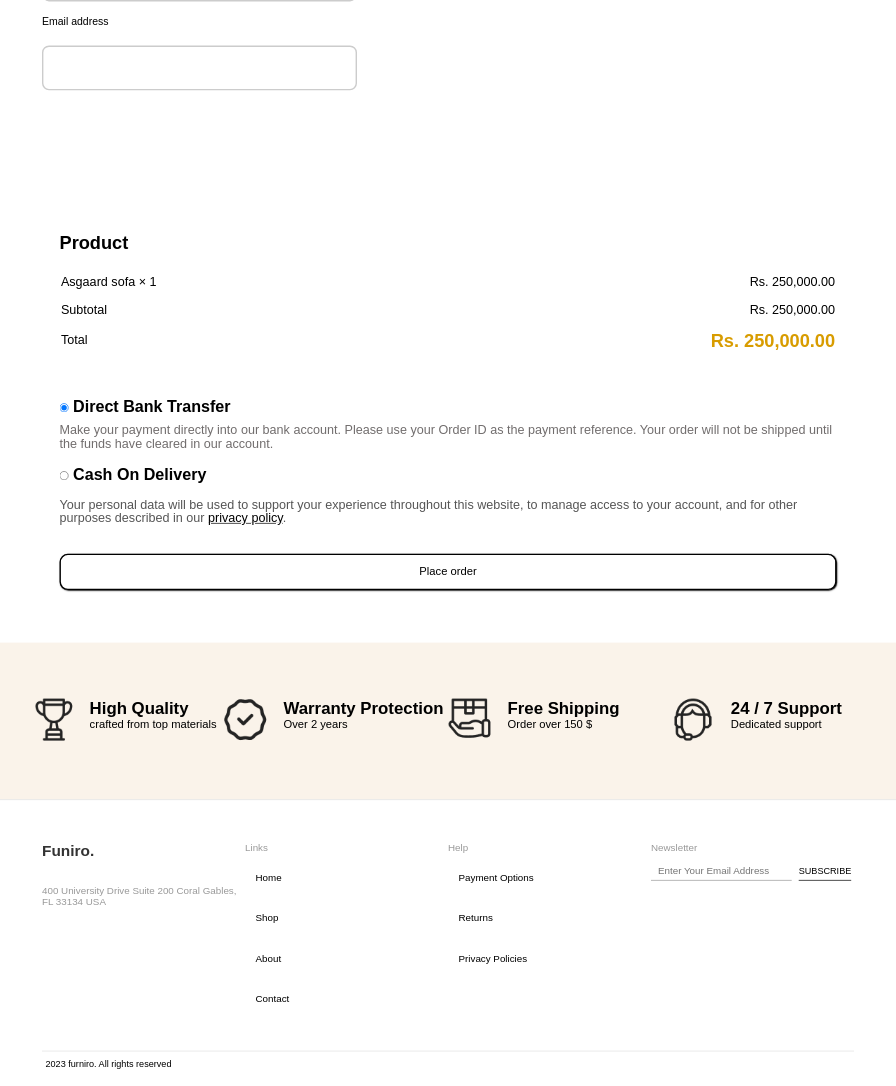
Repository: Ali1Kh/Furniro-ITI
Page: pages/checkout.html
An editor plug-in stored every save of this project. The page is shown before and after the next save, followed by the edit.
The browser window is 1280 px wide. The pictures show the part of the page from y = 1210 to 3130 px (the page is 2762 px tall before and 3130 px after), at 70% of full size.

Above is the page before, as saved 2025-07-19 20:41:50.

### pages/checkout.html
<!DOCTYPE html>
<html lang="en">

<head>
  <meta charset="UTF-8">
  <meta name="viewport" content="width=device-width, initial-scale=1.0">
  <title>CheckOut</title>
  <link rel="shortcut icon" href="../assets/icons/Logo.png" type="image/x-icon">
  <link rel="stylesheet" href="../styles/index.css">
  <link rel="stylesheet" href="../styles/checkout.css">
</head>

<body>

  <nav>
    <!-- Navigation -->
    <div class="navBar">
      <div class="text">
        <p>Furniro</p>
      </div>

      <div class="menu-icon" onclick="toggleSidebar()">☰</div>

      <div class="navBarLinks">
        <ul>
          <li><a href="/pages/home.html">Home</a></li>
          <li><a href="/pages/shop.html">Shop</a></li>
          <li><a href="/">About</a></li>
          <li><a href="/pages/contact.html">Contact</a></li>
        </ul>
      </div>

     <div class="navBarIcons">
        <a href="/pages/Compare.html"><i class="fa-solid fa-user"></i></a>
        <a href="/pages/shop.html"><i class="fa-solid fa-magnifying-glass"></i></a>
        <a href="/"><i class="fa-solid fa-heart"></i></a>
        <a href="/pages/checkout.html"><i class="fa-solid fa-cart-plus"></i></a>
      </div>
    </div>


    <!-- Sidebar for mobile -->
    <div class="sidebar" id="sidebar">
      <a href="" onclick="toggleSidebar()">✖</a>
      <a href="">Home</a>
      <a href="/pages/shop.html">Shop</a>
      <a href="/">About</a>
      <a href="/pages/contact.html">Contact</a>
    </div>
  </nav>

  <main class="checkout">
    <div id="home">
      <div class="img-conteaner">
        <img src="../assets/img/Rectangle 1.png" alt="">

        <div class="text-conteaner">
          <img src="../assets/icons/Logo.png" alt="" style="width: 100px;height: 77px;margin-top: -80px; left: 1px; ">
          <h2 style="font-size: 48px; font-family: Poppins; top: 20px;">Checkout</h2>
          <h3 style="top: 30px;left: -11px; "><span style="width: 48;height: 24;top: 295px;left: 660px; ">Home ></span>
            Checkout</h3>
        </div>
      </div>
    </div>

    <div id="content">
      <div class="form">
        <h1 style="font-family: Poppins;font-weight: 600;font-style: SemiBold;font-size: 36px;">Billing details</h1>
        <br><br>
        <form>
          <div class="input" style="width: 200px;">
            <label>First name</label><br>
            <input type="text" name="firatname" id="firatname">
          </div>

          <div class="input" style="width: 200px; position: relative;bottom: 127px;left: 266px;">
            <label>Last name</label><br>
            <input type="text" name="lastname" id="lastname">
          </div>

          <div class="input" style="position: relative; bottom: 90px; width: 450px;">
            <label>Company Name (Optional)</label><br>
            <input type="text" name="Companyname(Optional)" id="Companyname(Optional)">
          </div>

          <div class="input" style="position: relative; bottom: 90px; width: 450px;">
            <label>Country / Region</label><br>
            <select>
              <option></option>
              <option>UK</option>
              <option>Argantina</option>
              <option>Brasil</option>
              <option>Egypt</option>
              <option>USA</option>
            </select>
          </div>

          <div class="input" style="position: relative; bottom: 90px; width: 450px;">
            <label>Street address</label><br>
            <input type="text" name="Streetaddress" id="Streetaddress">
          </div>

          <div class="input" style="position: relative; bottom: 90px; width: 450px;">
            <label>Phone</label><br>
            <input type="number" name="Phone" id="Phone">
          </div>

          <div class="input" style="position: relative; bottom: 90px; width: 450px;">
            <label>Email address</label><br>
            <input type="email" name="Emailaddress" id="Emailaddress">
          </div><br><br>

        </form>
      </div>
      <div class="table">
        <div class="order-summary">
          <h2>Product</h2>
          <table>
            <tr>
              <td>Asgaard sofa × 1</td>
              <td style="text-align: right;">Rs. 250,000.00</td>
            </tr>
            <tr>
              <td>Subtotal</td>
              <td style="text-align: right;">Rs. 250,000.00</td>
            </tr>
            <tr>
              <td>Total</td>
              <td style="text-align: right;" class="total">Rs. 250,000.00</td>
            </tr>
          </table><br><br>

          <div class="payment-methods">
            <label><input type="radio" name="payment" checked> Direct Bank Transfer</label>
            <p>
              Make your payment directly into our bank account. Please use your Order ID as the payment reference. Your
              order will not be shipped until the funds have cleared in our account.
            </p>

            <label><input type="radio" name="payment"> Cash On Delivery</label>
          </div>

          <div class="privacy">
            Your personal data will be used to support your experience throughout this website, to manage access to your
            account, and for other purposes described in our <a href="#">privacy policy</a>.
          </div>

          <button class="btn">Place order</button>
        </div>
      </div>
    </div>

    <div id="quality">
      <div class="1"
        style="display: flex; gap: 1.5rem; padding-top: 80px; padding-bottom: 80px;width: 25%;padding-left: 50px;">
        <div class="l"><img src="../assets/icons/Group copy.png" alt=""></div>
        <div class="r">
          <h2>High Quality</h2>
          <p>crafted from top materials</p>
        </div>

      </div>
      <div class="2" style="display: flex; gap: 1.5rem; padding-top: 80px; padding-bottom: 80px;width: 25%;">
        <div class="l"><img src="../assets/icons/Group (2).png" alt=""></div>
        <div class="r">
          <h2>Warranty Protection</h2>
          <p>Over 2 years</p>
        </div>

      </div>
      <div class="3" style="display: flex; gap: 1.5rem; padding-top: 80px; padding-bottom: 80px;width: 25%;">
        <div class="l"><img src="../assets/icons/Vector (2).png" alt=""></div>
        <div class="r">
          <h2>Free Shipping</h2>
          <p>Order over 150 $</p>
        </div>

      </div>
      <div class="4" style="display: flex; gap: 1.5rem; padding-top: 80px; padding-bottom: 80px;width: 25%;">
        <div class="l"><img src="../assets/icons/customer-support.png" alt=""></div>
        <div class="r">
          <h2>24 / 7 Support</h2>
          <p>Dedicated support</p>
        </div>

      </div>

    </div>
  </main>

  <footer class="footer">
    <div class="footer-container">
      <div class="footer-sec">
        <h2 class="logo">Funiro.</h2>
        <p style="padding-top: 20px;">400 University Drive Suite 200 Coral Gables,<br>FL 33134 USA</p>
      </div>

      <div class="footer-sec">
        <h4>Links</h4>
        <ul>
          <li><a href="#">Home</a></li>
          <li><a href="#">Shop</a></li>
          <li><a href="#">About</a></li>
          <li><a href="#">Contact</a></li>
        </ul>
      </div>

      <div class="footer-sec">
        <h4>Help</h4>
        <ul>
          <li><a href="#">Payment Options</a></li>
          <li><a href="#">Returns</a></li>
          <li><a href="#">Privacy Policies</a></li>
        </ul>
      </div>

      <div class="footer-sec new">
        <h4>Newsletter</h4>
        <div class="subscribe">
          <input type="email" placeholder="Enter Your Email Address">
          <button>SUBSCRIBE</button>
        </div>
      </div>
    </div>

    <div class="footer-bottom">
      <p>2023 furniro. All rights reserved</p>
    </div>
  </footer>

  <script src="../scripts/index.js"></script>

</body>

</html>

### styles/index.css
:root {
  --mainColor: #feeed8;
}

* {
  margin: 0;
  padding: 0;
  box-sizing: border-box;
}

body {
  font-family: "Poppins", sans-serif;
}

.navBar img {
  display: inline;
}

.navBar {
  width: 100%;
  height: 80px;
  display: flex;
  justify-content: space-between;
  align-items: center;
  padding: 0 50px;
  background-color: #fff;
  z-index: 1000;
  position: sticky;
  top: 0;
}

.navBarLinks ul {
  list-style: none;
  display: flex;
  gap: 60px;
}

.navBarLinks a {
  text-decoration: none;
  font-size: 18px;
  color: black;
}

.navBarIcons {
  display: flex;
  gap: 30px;
}

.text p {
  font-weight: bold;
  font-size: 22px;
  color: #b88e2f;
}

/* Sidebar for mobile */
.sidebar {
  height: 100%;
  width: 0;
  position: fixed;
  background-color: #8d8d8d;
  overflow-x: hidden;
  transition: 0.3s;
  padding-top: 60px;
  z-index: 999;
}
.sidebar a {
  padding: 12px 20px;
  text-decoration: none;
  font-size: 20px;
  color: white;
  display: block;
}
.sidebar a:hover {
  background-color: #444;
}

.menu-icon {
  font-size: 28px;
  cursor: pointer;
  display: none;
  padding: 15px;
}

/* Quality */

#quality {
  display: flex;
  background-color: rgba(250, 243, 234, 1);
  width: 100%;
}

/* Page Header */

#pageHeader .imge {
  position: relative;
  width: 100%;
  height: auto;
}

#pageHeader .imge img {
  width: 100%;
  height: auto;
  display: block;
}

#pageHeader .adresIn {
  position: absolute;
  top: 50%;
  left: 50%;
  transform: translate(-50%, -50%);
  color: black;
  text-align: center;
}

#pageHeader .mainP1 {
  font-size: 48px;
}
#pageHeader .scoundP1 {
  font-size: 16px;
}

.footerBox {
  height: 400px;
  width: 100%;
}
.with-line::before,
.with-line::after {
  content: "";
  display: block;
  height: 1px;
  background-color: #c6c6c6;
  margin: 20px auto;
  width: 100%;
}

.with-line::after {
  width: 82%;
}

.infoterbox {
  margin-left: 100px;
  margin-right: 100px;
  display: grid;
  grid-template-columns: 1fr 1fr 1fr 1.5fr;
  gap: 20px;
  padding: 30px;
  color: white;

  height: 100%;
}

.mainFooterBar {
  font-weight: bold;
  font-size: 24px;
  color: #000;
}
.scoundFooterBar {
  font-size: 16px;
  font-weight: 300;
  color: #9f9f9f;
  position: relative;
  top: 40px;
}

.prgraphF {
  position: relative;
  top: 54px;
}

.infoterboxLM a,
.infoterboxRM a {
  display: block;
  margin-top: 55px;
  text-decoration: none;
  color: #000;
  width: 70%;
}

.infoterboxLM p,
.infoterboxRM p,
.prgraphFF p {
  font-size: 16px;
  font-weight: 300;
  color: #9f9f9f;
}

.SUBSCRIBE {
  position: relative;
  top: 53px;
}

.SUBSCRIBE button {
  font-size: 14px;
  font-weight: bold;
  width: 85px;
  height: 21px;
  border: none;
  border-bottom: 1px solid black;
  margin-left: 15px;
  background-color: white;

  cursor: pointer;
}

.SUBSCRIBE input {
  font-size: 14px;
  width: 200px;
  height: 21px;
  color: #9f9f9f;
  border: none;
  border-bottom: 1px solid black;
}

.SUBSCRIBE input:focus {
  outline: none;
}

@media (max-width: 768px) {
  .navBarLinks {
    display: none;
  }
  .menu-icon {
    display: block;
  }
  .navBarIcons {
    display: none;
  }
}

@media (max-width: 767px) {
  .navBarIcons {
    display: none;
  }
}

### styles/checkout.css
* {
  margin: 0;
  padding: 0;
}
.checkout ul {
  list-style: none;
}

.checkout a {
  text-decoration: none;
}

/* start header */

#header {
  background-color: rgb(250, 245, 240);
  border: 1px solid #ccc;
  width: 100%;
  height: 90px;
}
#header .navbar {
  display: flex;
  justify-content: space-between;
  align-items: center;
}
#header .navbar .logo {
  display: flex;
  width: 185;
  height: 41;
  opacity: 1;
  top: 29px;
  left: 54px;
  gap: 5px;
}
#header .navbar img {
  width: 185;
  height: 41px;
  top: 29px;
  left: 54px;
  gap: 5px;
}

/* #header .navbar .imgs{
    width: 300px;
    display: flex;
    position: relative;
    bottom: 10px;
} */

#header .navbar ul {
  display: flex;
}
#header .navbar ul li a {
  position: relative;
  color: black;
  font-size: 25px;
  margin: 0 20px;
  font-weight: bold;
  transition: 0.3s ease;
  bottom: 15px;
}
#header .navbar ul li a:hover {
  color: bisque;
}

/* finish header */

.img-conteaner {
  position: relative;
  width: 100%;
}

.img-conteaner img {
  width: 100%;
  height: 316px;
  top: 100px;
}

.text-conteaner {
  position: absolute;
  top: 50%;
  left: 50%;
  transform: translate(-50%, -50%);
}
.text-conteaner h3 {
  position: relative;
  bottom: 90px;
  left: 40px;
}
.text-conteaner h2 {
  position: relative;
  bottom: 90px;
  left: -50px;
}

/* #content {
  display: flex;
  justify-content: space-between;
  gap: 8rem;
  max-width: 1240px;
  margin: auto;
  padding-top: 100px;
}

.form {
  width: 50%;
} */







#content {
  display: flex;
  justify-content: space-between;
  flex-wrap: wrap; /* مهم جدا */
  gap: 2rem;
  max-width: 1200px;
  margin: auto;
  padding: 50px 20px;
}

.form, .table {
  flex: 1 1 100%; /* هتكون عمودين فوق بعض مبدئياً */
}















.form h1 {
  font-size: 36px;
  font-weight: 600;
  margin-bottom: 30px;
}

form label {
  font-weight: 500;
  margin-bottom: 8px;
  display: block;
  font-size: 15px;
}

form input,
form select {
  width: 100%;
  padding: 22px;
  border: 2px solid #ccc;
  border-radius: 10px;
  font-size: 14px;
}

.input {
  margin-bottom: 20px;
}

.table {
  width: 48%;
}

.order-summary {
  padding: 25px;
}

.order-summary h2 {
  font-size: 26px;
  margin-bottom: 20px;
}

.order-summary table {
  width: 100%;
  margin-bottom: 20px;
}

.order-summary table td {
  padding: 8px 0;
  font-size: 18px;
}

.order-summary .total {
  font-weight: bold;
  color: #d89c00;
  font-size: 26px;
}

.payment-methods label {
  display: block;
  margin-bottom: 10px;
  font-weight: bold;
  font-size: 23px;
}

.payment-methods p {
  font-size: 18px;
  color: #716d6d;
  margin: 10px 0 20px;
  line-height: 1.1;
}

.privacy {
  font-size: 18px;
  color: #555;
  margin: 20px 0;
  line-height: 1.1;
}

.privacy a {
  text-decoration: underline;
  color: black;
}

/* .btn {
  padding: 15px 100px;
  background: #fff;
  border: 2px solid black;
  border-radius: 12px;
  font-size: 16px;
  transition: 0.3s ease;
  margin-left: 100px;
  margin-top: 10px;
  box-shadow: 1px 1px 1px black;
} */




.btn {
  width: 100%;
  padding: 15px;
  background: #fff;
  border: 2px solid black;
  border-radius: 12px;
  font-size: 16px;
  margin-top: 20px;
  box-shadow: 1px 1px 2px black;
}

.btn:hover {
  background-color: #babd8e;
}

.footer {
  background-color: #fff;
  padding: 40px 60px 20px;
  border-top: 1px solid #e0e0e0;
  color: #333;
}

.footer-container {
  display: flex;
}

.footer-sec {
  flex: 1 1 200px;
  margin: 20px 0;
}

.footer-sec h2.logo {
  font-size: 22px;
  font-weight: 700;
  margin-bottom: 15px;
}

.footer-sec h4 {
  font-size: 14px;
  font-weight: 500;
  color: #999;
  margin-bottom: 10px;
}

.footer-sec ul {
  list-style: none;
  padding: 0;
  margin: 0;
}

.footer-sec ul li {
  margin-bottom: 10px;
  padding: 15px;
}

.footer-sec ul li a {
  text-decoration: none;
  color: #000;
  font-size: 14px;
}

.footer-sec p {
  color: #999;
  font-size: 14px;
}

.new .subscribe {
  display: flex;
  gap: 10px;
  margin-top: 10px;
}

.new input {
  padding: 6px 10px;
  font-size: 14px;
  border: none;
  border-bottom: 1px solid #999;
  outline: none;
}

.new button {
  background: none;
  border: none;
  border-bottom: 1px solid #000;
  color: #000;
  font-size: 13px;
  font-weight: 500;
}

.footer-bottom {
  border-top: 1px solid #e0e0e0;
  padding: 5px;
  margin-top: 20px;
  padding-top: 10px;
  text-align: left;
  font-size: 13px;
  color: #000;
}


.navBar {
  display: flex;
  justify-content: space-between;
  align-items: center;
  padding: 20px 40px;
  flex-wrap: wrap;
}

.navBar .menu-icon {
  display: none;
  font-size: 28px;
  cursor: pointer;
}

.navBarLinks ul,
.navBarIcons {
  display: flex;
  gap: 15px;
}

.sidebar {
  display: none;
  position: fixed;
  top: 0;
  right: 0;
  background-color: white;
  width: 250px;
  height: 100%;
  padding: 20px;
  z-index: 999;
  flex-direction: column;
  box-shadow: -2px 0 10px rgba(0,0,0,0.1);
}

.sidebar a {
  display: block;
  padding: 15px;
  font-size: 18px;
  color: #333;
  text-decoration: none;
}

@media (max-width: 768px) {
  .navBarLinks,
  .navBarIcons {
    display: none;
  }

  .menu-icon {
    display: block;
  }

  .sidebar {
    display: flex;
  }

   .form, .table {
    flex: 1 1 48%;
  }

    .btn {
    width: auto;
    padding: 15px 100px;
    margin-left: 100px;
  }
}

### scripts/index.js
function toggleSidebar() {
  const sidebar = document.getElementById("sidebar");
  if (sidebar.style.width === "250px") {
    sidebar.style.width = "0";
  } else {
    sidebar.style.width = "250px";
  }
}

function toggleSidebar() {
  const sidebar = document.getElementById("sidebar");
  if (sidebar.style.display === "flex") {
    sidebar.style.display = "none";
  } else {
    sidebar.style.display = "flex";
  }
}

After the next save:
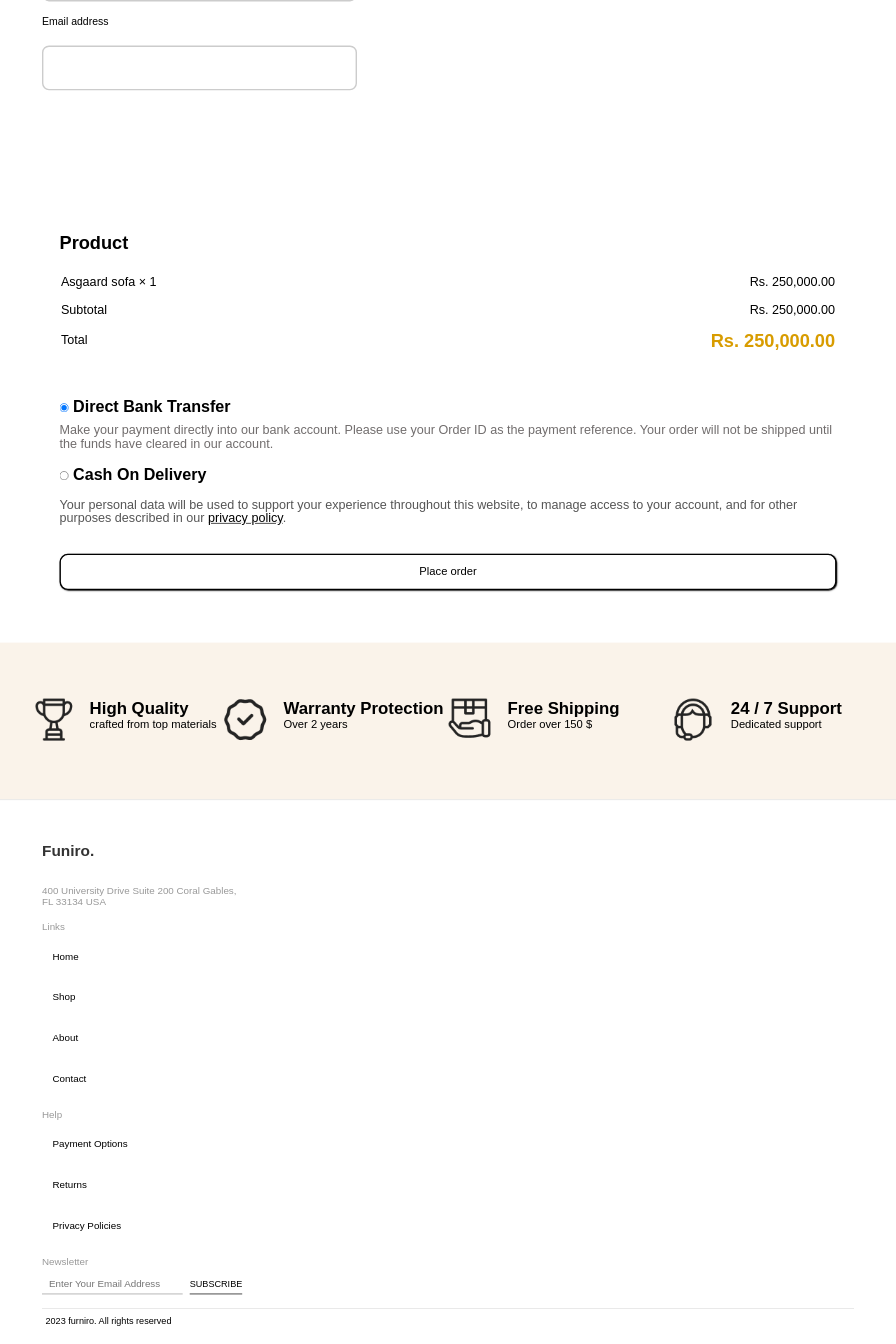
Saved 84 s later.
--- a/styles/checkout.css
+++ b/styles/checkout.css
@@ -258,9 +258,9 @@ form select {
   color: #333;
 }
 
-.footer-container {
-  display: flex;
-}
+/* .footer-container {
+  display: flex;
+} */
 
 .footer-sec {
   flex: 1 1 200px;
